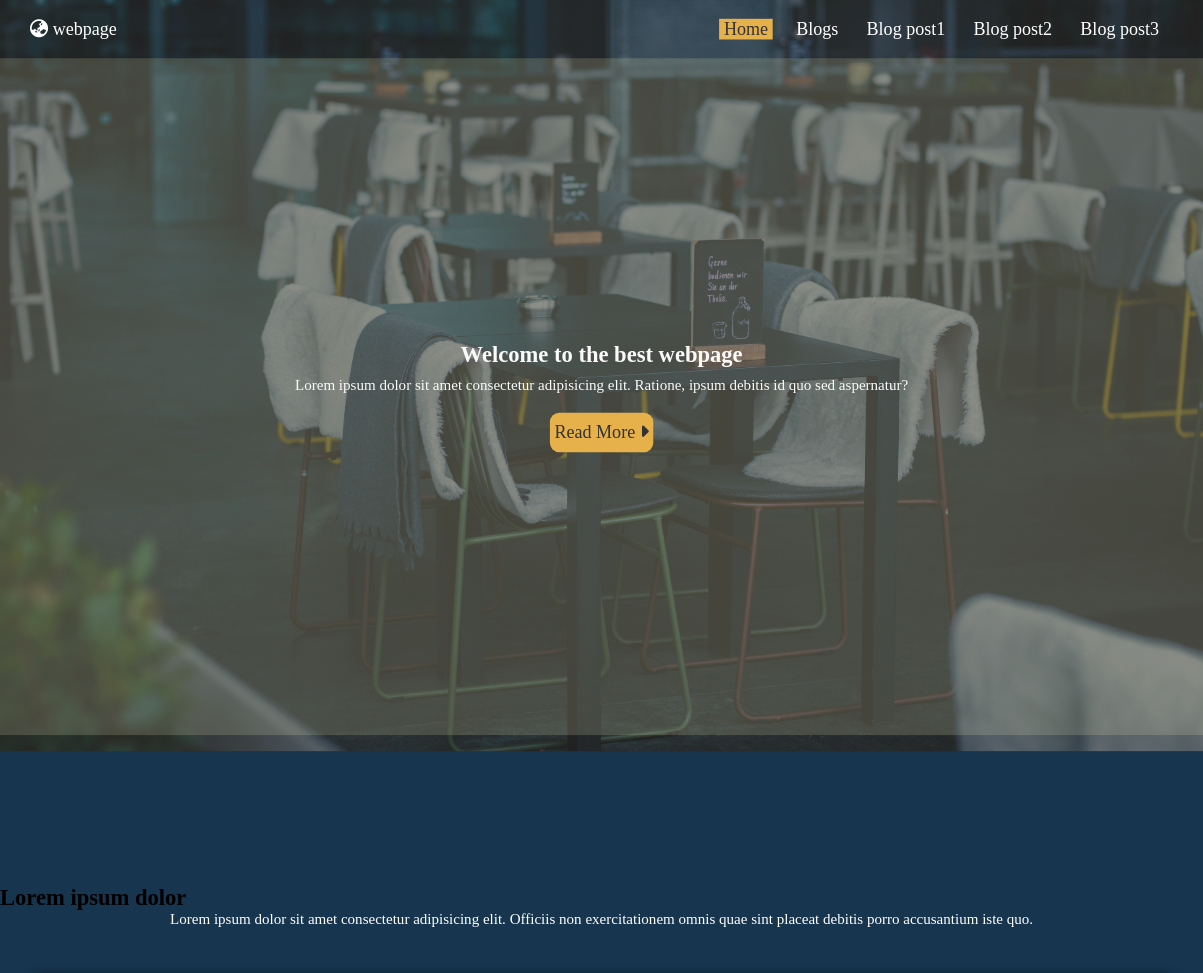
Repository: reemoon-ctrl/Landing-Page-Project
Page: index.html
An editor plug-in stored every save of this project. The page is shown before and after a run of saves, followed by the edit.
The browser window is 1280 px wide. The pictures show the part of the page from y = 0 to 1035 px (the page is 5682 px tall), at 94% of full size.
Pictures or frames that could not be fetched are drawn as grey boxes. Some web libraries are served in a nearby version.

Above is the page before, as saved 2025-04-09 13:54:39.

### index.html
<!DOCTYPE html>
<html lang="en">
<head>
    <meta charset="UTF-8">
    <meta name="viewport" content="width=device-width, initial-scale=1.0">
    <link rel="stylesheet" href="https://cdnjs.cloudflare.com/ajax/libs/font-awesome/6.6.0/css/all.min.css" integrity="sha512-Kc323vGBEqzTmouAECnVceyQqyqdsSiqLQISBL29aUW4U/M7pSPA/gEUZQqv1cwx4OnYxTxve5UMg5GT6L4JJg==" crossorigin="anonymous" referrerpolicy="no-referrer" />
    <link rel="stylesheet" href="./styles/style.css">


    <title>Webpage</title>
</head>
<body>
    <header >
        <div class="main-header">
            <div class="title"><i class="fa-solid fa-earth-asia"></i> webpage</div>
            <div>
                <ul class="nav-link">
                    <li><a href="#section1">Home</a></li>
                    <li><a href="#section2">Blogs</a></li>
                    <li><a href="#section3">Blog post1</a></li>
                    <li><a href="#section4">Blog post2</a></li>
                </ul>
            </div>
        </div>

    </header>
    <article id="section1" class="main-sub" title="Home">
        <h1>Welcome to the best webpage</h1>
        <p>Lorem ipsum dolor sit amet consectetur adipisicing elit. Ratione,
             ipsum debitis id quo sed aspernatur?</p>
        <a href="#section2" class="focusbtn">Read More <i class="fa-solid fa-caret-right"></i></a>
    </article>

<!-- blog cards website -->

<article id="section2" class="main-content" title="Blogs">
    <h1 class="section">Lorem ipsum dolor</h1>
    <p class="section2p">Lorem ipsum dolor sit amet consectetur adipisicing elit. Officiis non exercitationem omnis quae sint placeat debitis porro accusantium iste quo.</p>
    <div class="blog-card-container">
        <div class="blog1 blog-card">
            <img src="./assets/campaign-creators-qCi_MzVODoU-unsplash.jpg" alt="img">
            <div class="text-content">
                <h3 class="feature-light">Entertainment</h3>
                <h2>Lorem ipsum dolor</h2>
                <div class="author">
                    <img src="./assets/1000_F_302884605_actpipOdPOQHDTnFtp4zg4RtlWzhOASp.jpg" alt="img" class="author-img">
                    <p class="author-name">Steve Lorem</p>
                </div>
                <p>Lorem ipsum dolor sit amet consectetur
                    adipisicing elit. Consequuntur beatae
                    laudantium natus vero sit
                    incidunt ipsam recusandae nesciunt ab cum!
                </p>
                <a href="#section3" class="read-blog-btn">read more <i class="fa-solid fa-chevron-right fa-xs"></i></a>
            </div>

        </div>
        <div class="blog2 blog-card">
            <img src="./assets/max-bender-VmX3vmBecFE-unsplash.jpg" alt="img">
            <div class="text-content">
                <h3 class="feature-dark">Entertainment</h3>
                <h2>Lorem ipsum dolor</h2>
                <div class="author">
                    <img src="./assets/daniel-sessler-MGH6UNJ1Xvs-unsplash.jpg" alt="img" class="author-img">
                    <p class="author-name">Steve Lorem</p>
                </div>
                <p>Lorem ipsum dolor sit amet consectetur
                    adipisicing elit. Consequuntur beatae
                    laudantium natus vero sit
                    incidunt ipsam recusandae nesciunt ab cum!</p>
                <a href="#section3" class="read-blog-btn">read more <i class="fa-solid fa-chevron-right fa-xs"></i></a>
                </div>

        </div>
        <div class="blog3 blog-card">
            <img src="./assets/nikolai-lehmann-05cDX4y2oJ8-unsplash.jpg" alt="img">
            <div class="text-content">
                <h3 class="feature-light">Entertainment</h3>
                <h2>Lorem ipsum dolor</h2>
                <div class="author">
                    <img src="./assets/campaign-creators-qCi_MzVODoU-unsplash.jpg" alt="img" class="author-img">
                    <p class="author-name">Steve Lorem</p>
                </div>
                <p>Lorem ipsum dolor sit amet consectetur
                    adipisicing elit. Consequuntur beatae
                    laudantium natus vero sit
                    incidunt ipsam recusandae nesciunt ab cum!</p>
                <a href="#section3" class="read-blog-btn">read more <i class="fa-solid fa-chevron-right fa-xs"></i></a>
            </div>

        </div>
        <div class="blog4 blog-card">
            <img src="./assets/campaign-creators-qCi_MzVODoU-unsplash.jpg" alt="img">
            <div class="text-content">
                <h3 class="feature-dark">Entertainment</h3>
                <h2>Lorem ipsum dolor</h2>
                <div class="author">
                    <img src="./assets/max-bender-VmX3vmBecFE-unsplash.jpg" alt="img" class="author-img">
                    <p class="author-name">Steve Lorem</p>
                </div>
                <p>Lorem ipsum dolor sit amet consectetur
                    adipisicing elit. Consequuntur beatae
                    laudantium natus vero sit
                    incidunt ipsam recusandae nesciunt ab cum!</p>
                <a href="#section3" class="read-blog-btn">read more <i class="fa-solid fa-chevron-right fa-xs"></i></a>
            </div>

        </div>

    </div>
</article>

<!-- blog post website -->

<article id="section3"title="Blog post1">
    <h1 class="section2h1">Lorem ipsum dolor</h1>
    <p class="section2p">Lorem ipsum dolor sit amet consectetur adipisicing elit. Officiis non exercitationem omnis quae sint placeat debitis porro accusantium iste quo.</p>
    <div class="container">
        <div class="main-post">
            <div class="post-header">
                <h1>Lorem ipsum dolor</h1>
                <div class="author">
                    <div class="author">
                        <img src="./assets/campaign-creators-qCi_MzVODoU-unsplash.jpg" alt="img" class="author-img">
                        <p class="author-name">Steve Lorem  </p>
                    </div>

                    <p>frontend dev</p>
                    <p>Alaska Co.</p>
                    <div>
                        <ul class="social-link nav-link">
                            <li><a href="/index.html"><i class="fa-brands fa-square-twitter"></i></a></li>
                            <li><a href="/pages/blog-website.html"><i class="fa-brands fa-square-facebook"></i></a></li>
                            <li><a href="#"><i class="fa-brands fa-linkedin"></i></a></li>
                        </ul>
                    </div>
                    <p>Lorem ipsum dolor, sit amet consectetur adipisicing elit. Nostrum nemo ut illum, ea libero quis.</p>
                </div>
            </div>
            <div class="post-content">
                <p>Lorem ipsum <b>dolor</b> sit amet consectetur, adipisicing elit. Provident in amet, vitae modi assumenda temporibus illo sunt expedita aperiam esse non ipsum, quibusdam officiis, optio culpa inventore sit numquam quae.</p>
                <h2>Lorem ipsum dolor sit:</h2>
                <p>Lorem ipsum dolor sit amet <em>dolor</em> adipisicing elit. Illum sint eum iure mollitia repudiandae <span class="span2">quibusdam!</span> Lorem ipsum dolor sit amet consectetur, adipisicing elit. Rem, qui at! A sit aliquam natus maiores qui ullam nobis fugit! Lorem ipsum, dolor sit amet consectetur adipisicing elit. Ex porro illum fuga consectetur sunt, reprehenderit, aliquam, temporibus nemo veritatis eius nesciunt sint aperiam cupiditate quam aliquid necessitatibus <span class="span2">blanditiis</span> deserunt. Quaerat.</p>
                <figure>
                    <img src="./assets/campaign-creators-qCi_MzVODoU-unsplash.jpg" alt="">
                    <figcaption>A stunning sunset captured in the Rocky Mountains.</figcaption>
                </figure>
                <h3>Lorem ipsum dolor sit</h3>
                <blockquote>
                    "The only limit to our realization of tomorrow is our doubts of today."
                    <footer>- Franklin D. Roosevelt</footer>
                </blockquote>
                <p>
                    Learn more about this quote
                    <a href="https://example.com" target="_blank" rel="noopener noreferrer">(opens in a new tab)</a>.
                </p>
                <p>Lorem, ipsum dolor sit amet consectetur <um>adipisicing</um> elit. Aperiam repellendus eligendi accusamus, dolorum sed architecto! Iusto nam sequi doloremque neque qui, maiores ipsam aliquid excepturi. Lorem ipsum, dolor sit amet consectetur adipisicing elit. Rerum at, quae nihil iusto distinctio nulla animi inventore ex, nisi numquam ea dolores sed quam qui adipisci! Doloremque! <a href="#"> veniam doloribus harum</a></p>
            </div>

        </div>

        <div class="relatred-post">
            <div>
                <img src="./assets/nikolai-lehmann-05cDX4y2oJ8-unsplash.jpg" alt="img">
                <a href="./html/blog-bost.html">related post1</a>
            </div>
            <div>
                <img src="./assets/campaign-creators-qCi_MzVODoU-unsplash.jpg" alt="img">
                <a href="./html/blog-bost.html">related post2</a>
            </div>

        </div>
    </div>
</article>
<article id="section4" title="Blog post2">
    <h1 class="section2h1">Lorem ipsum dolor</h1>
    <p class="section2p">Lorem ipsum dolor sit amet consectetur adipisicing elit. Officiis non exercitationem omnis quae sint placeat debitis porro accusantium iste quo.</p>
    <div class="container">
        <div class="main-post">
            <div class="post-header">
                <h1>Lorem ipsum dolor</h1>
                <div class="author">
                    <div class="author">
                        <img src="./assets/campaign-creators-qCi_MzVODoU-unsplash.jpg" alt="img" class="author-img">
                        <p class="author-name">Steve Lorem  </p>
                    </div>

                    <p>frontend dev</p>
                    <p>Alaska Co.</p>
                    <div>
                        <ul class="social-link nav-link">
                            <li><a href="/index.html"><i class="fa-brands fa-square-twitter"></i></a></li>
                            <li><a href="/pages/blog-website.html"><i class="fa-brands fa-square-facebook"></i></a></li>
                            <li><a href="#"><i class="fa-brands fa-linkedin"></i></a></li>
                        </ul>
                    </div>
                    <p>Lorem ipsum dolor, sit amet consectetur adipisicing elit. Nostrum nemo ut illum, ea libero quis.</p>
                </div>
            </div>
            <div class="post-content">
                <p>Lorem ipsum <b>dolor</b> sit amet consectetur, adipisicing elit. Provident in amet, vitae modi assumenda temporibus illo sunt expedita aperiam esse non ipsum, quibusdam officiis, optio culpa inventore sit numquam quae.</p>
                <h2>Lorem ipsum dolor sit:</h2>
                <p>Lorem ipsum dolor sit amet <em>dolor</em> adipisicing elit. Illum sint eum iure mollitia repudiandae <span class="span2">quibusdam!</span> Lorem ipsum dolor sit amet consectetur, adipisicing elit. Rem, qui at! A sit aliquam natus maiores qui ullam nobis fugit! Lorem ipsum, dolor sit amet consectetur adipisicing elit. Ex porro illum fuga consectetur sunt, reprehenderit, aliquam, temporibus nemo veritatis eius nesciunt sint aperiam cupiditate quam aliquid necessitatibus <span class="span2">blanditiis</span> deserunt. Quaerat.</p>
                <figure>
                    <img src="./assets/campaign-creators-qCi_MzVODoU-unsplash.jpg" alt="">
                    <figcaption>A stunning sunset captured in the Rocky Mountains.</figcaption>
                </figure>
                <h3>Lorem ipsum dolor sit</h3>
                <blockquote>
                    "The only limit to our realization of tomorrow is our doubts of today."
                    <footer>- Franklin D. Roosevelt</footer>
                </blockquote>
                <p>
                    Learn more about this quote
                    <a href="https://example.com" target="_blank" rel="noopener noreferrer">(opens in a new tab)</a>.
                </p>
                <p>Lorem, ipsum dolor sit amet consectetur <um>adipisicing</um> elit. Aperiam repellendus eligendi accusamus, dolorum sed architecto! Iusto nam sequi doloremque neque qui, maiores ipsam aliquid excepturi. Lorem ipsum, dolor sit amet consectetur adipisicing elit. Rerum at, quae nihil iusto distinctio nulla animi inventore ex, nisi numquam ea dolores sed quam qui adipisci! Doloremque! <a href="#"> veniam doloribus harum</a></p>
            </div>

        </div>

        <div class="relatred-post">
            <div>
                <img src="./assets/nikolai-lehmann-05cDX4y2oJ8-unsplash.jpg" alt="img">
                <a href="../html/blog-bost.html">related post1</a>
            </div>
            <div>
                <img src="./assets/campaign-creators-qCi_MzVODoU-unsplash.jpg" alt="img">
                <a href="../html/blog-bost.html">related post2</a>
            </div>

        </div>
    </div>
</article>
<article id="section5" title="Blog post3">
    <h1 class="section2h1">Lorem ipsum dolor</h1>
    <p class="section2p">Lorem ipsum dolor sit amet consectetur adipisicing elit. Officiis non exercitationem omnis quae sint placeat debitis porro accusantium iste quo.</p>
    <div class="container">
        <div class="main-post">
            <div class="post-header">
                <h1>Lorem ipsum dolor</h1>
                <div class="author">
                    <div class="author">
                        <img src="./assets/campaign-creators-qCi_MzVODoU-unsplash.jpg" alt="img" class="author-img">
                        <p class="author-name">Steve Lorem  </p>
                    </div>

                    <p>frontend dev</p>
                    <p>Alaska Co.</p>
                    <div>
                        <ul class="social-link nav-link">
                            <li><a href="/index.html"><i class="fa-brands fa-square-twitter"></i></a></li>
                            <li><a href="/pages/blog-website.html"><i class="fa-brands fa-square-facebook"></i></a></li>
                            <li><a href="#"><i class="fa-brands fa-linkedin"></i></a></li>
                        </ul>
                    </div>
                    <p>Lorem ipsum dolor, sit amet consectetur adipisicing elit. Nostrum nemo ut illum, ea libero quis.</p>
                </div>
            </div>
            <div class="post-content">
                <p>Lorem ipsum <b>dolor</b> sit amet consectetur, adipisicing elit. Provident in amet, vitae modi assumenda temporibus illo sunt expedita aperiam esse non ipsum, quibusdam officiis, optio culpa inventore sit numquam quae.</p>
                <h2>Lorem ipsum dolor sit:</h2>
                <p>Lorem ipsum dolor sit amet <em>dolor</em> adipisicing elit. Illum sint eum iure mollitia repudiandae <span class="span2">quibusdam!</span> Lorem ipsum dolor sit amet consectetur, adipisicing elit. Rem, qui at! A sit aliquam natus maiores qui ullam nobis fugit! Lorem ipsum, dolor sit amet consectetur adipisicing elit. Ex porro illum fuga consectetur sunt, reprehenderit, aliquam, temporibus nemo veritatis eius nesciunt sint aperiam cupiditate quam aliquid necessitatibus <span class="span2">blanditiis</span> deserunt. Quaerat.</p>
                <figure>
                    <img src="./assets/campaign-creators-qCi_MzVODoU-unsplash.jpg" alt="">
                    <figcaption>A stunning sunset captured in the Rocky Mountains.</figcaption>
                </figure>
                <h3>Lorem ipsum dolor sit</h3>
                <blockquote>
                    "The only limit to our realization of tomorrow is our doubts of today."
                    <footer>- Franklin D. Roosevelt</footer>
                </blockquote>
                <p>
                    Learn more about this quote
                    <a href="https://example.com" target="_blank" rel="noopener noreferrer">(opens in a new tab)</a>.
                </p>
                <p>Lorem, ipsum dolor sit amet consectetur <um>adipisicing</um> elit. Aperiam repellendus eligendi accusamus, dolorum sed architecto! Iusto nam sequi doloremque neque qui, maiores ipsam aliquid excepturi. Lorem ipsum, dolor sit amet consectetur adipisicing elit. Rerum at, quae nihil iusto distinctio nulla animi inventore ex, nisi numquam ea dolores sed quam qui adipisci! Doloremque! <a href="#"> veniam doloribus harum</a></p>
            </div>

        </div>

        <div class="relatred-post">
            <div>
                <img src="./assets/nikolai-lehmann-05cDX4y2oJ8-unsplash.jpg" alt="img">
                <a href="../html/blog-bost.html">related post1</a>
            </div>
            <div>
                <img src="./assets/campaign-creators-qCi_MzVODoU-unsplash.jpg" alt="img">
                <a href="#">related post2</a>
            </div>

        </div>
    </div>
</article>
    <footer class="copywrite">copy write saved to webpage &copy; 2024</footer>
<script src="./js/app.js"></script>
</body>
</html>

Loaded but not shown: js/app.js (98 lines, source omitted); styles/style.css (572 lines, source omitted)

After the next 2 saves:
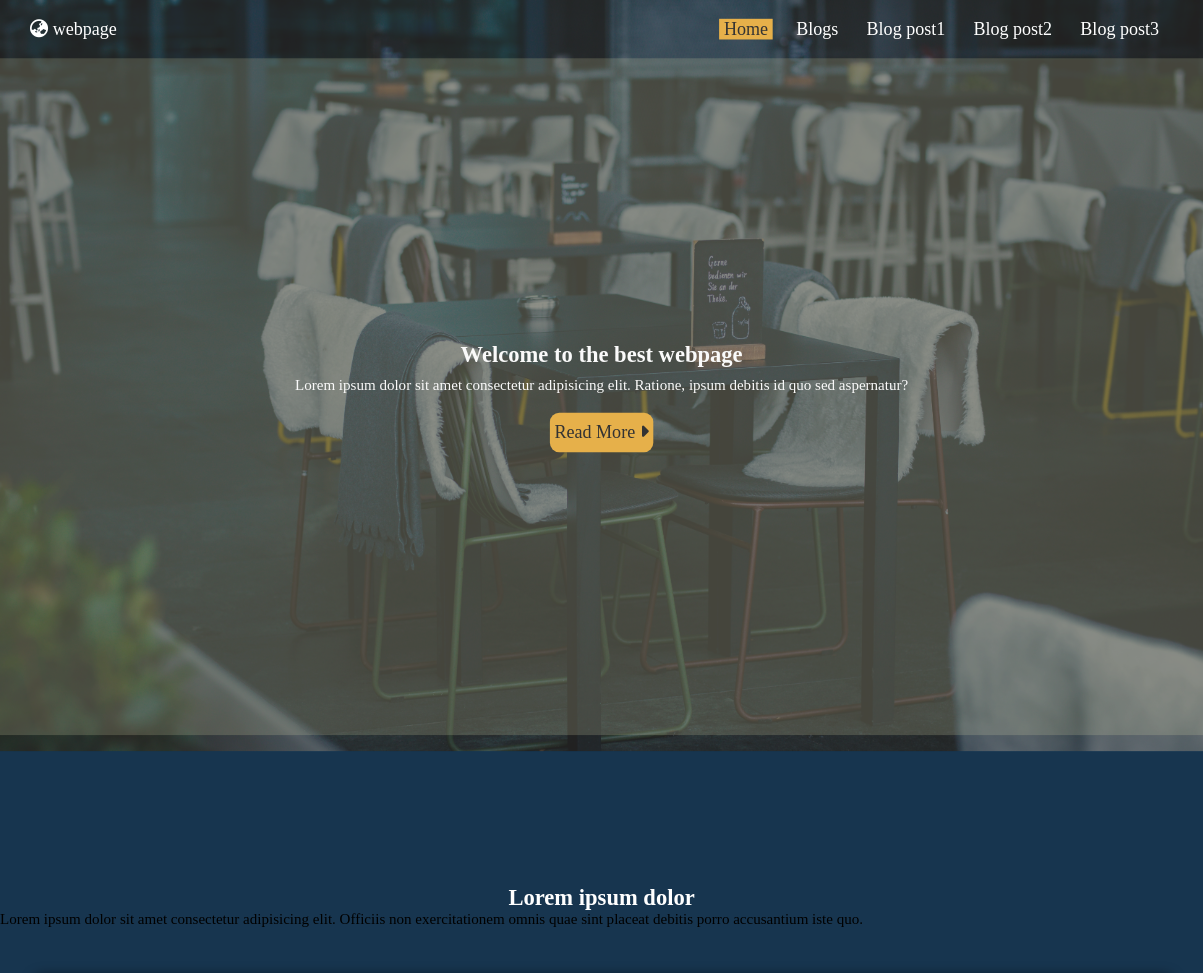
The 2 saves are shown as one change because they came seconds apart.
The last was saved 7 s later.
--- a/index.html
+++ b/index.html
@@ -34,8 +34,8 @@
 <!-- blog cards website -->
 
 <article id="section2" class="main-content" title="Blogs">
-    <h1 class="section">Lorem ipsum dolor</h1>
-    <p class="section2p">Lorem ipsum dolor sit amet consectetur adipisicing elit. Officiis non exercitationem omnis quae sint placeat debitis porro accusantium iste quo.</p>
+    <h1 class="sectionheader">Lorem ipsum dolor</h1>
+    <p class="sectionp">Lorem ipsum dolor sit amet consectetur adipisicing elit. Officiis non exercitationem omnis quae sint placeat debitis porro accusantium iste quo.</p>
     <div class="blog-card-container">
         <div class="blog1 blog-card">
             <img src="./assets/campaign-creators-qCi_MzVODoU-unsplash.jpg" alt="img">
